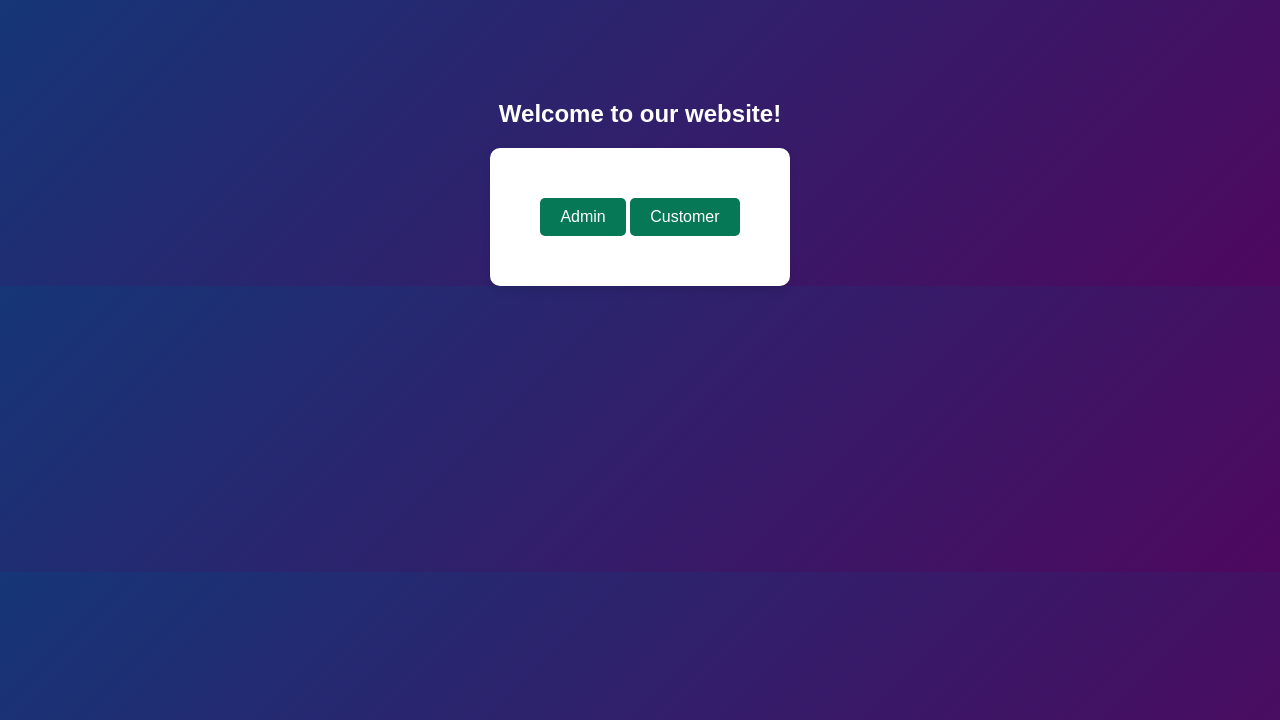
Repository: gauravraj08/bankingSystemJspServlet
Page: http://localhost/BankMangementSystem/
An editor plug-in stored every save of this project. The page is shown before and after the next save, followed by the edit.
The browser window is 1280 px wide. The pictures show the whole page.
The page is served by Tomcat 9. Other server files are loaded and not shown.

Above is the page before, as saved 2024-04-20 20:56:55.

### BankMangementSystem/src/main/webapp/index.jsp
<!DOCTYPE html>
<html>
<head>
    <title>Welcome</title>
    <link rel="stylesheet" type="text/css" href="css/index.css">
</head>
<style>
body {
    font-family: Arial, sans-serif;
    margin: 0;
    padding: 0;
    width: 100%;
    background: linear-gradient(135deg,#153677,#4e085f);

}

.container {
    text-align: center;
    margin-top: 100px;
}

h2 {
    color: #fff;
}

.card-container {
    display: flex;
    justify-content: center;
    margin-top: 20px;
}

.card {
    padding: 50px;
    margin: 0 10px;
    border-radius: 10px;
    background-color: #fff; /* Card background color */
    box-shadow: 0 4px 8px rgba(0, 0, 0, 0.1);
}

button {
    padding: 10px 20px;
    font-size: 16px;
    cursor: pointer;
    border: none;
    border-radius: 5px;
    background-color: #077855;
    color: #fff;
    transition: background-color 0.3s;
    justify-content:space-between;
}

button:hover {
    background-color: #0056b3;
}

</style>
<body>
    <div class="container">
        <h2>Welcome to our website!</h2>
        <div class="card-container">
            <form action="redirect" method="post">
                <div class="card">
                    <button type="submit" name="userType" value="admin">Admin</button>

                    <button type="submit" name="userType" value="customer">Customer</button>
                </div>
            </form>
        </div>
    </div>
</body>
</html>

### BankMangementSystem/src/main/webapp/css/index.css
body {
    font-family: Arial, sans-serif;
    background-color: #f0f0f0; /* Background color */
    margin: 0;
    padding: 0;
}

.container {
    text-align: center;
    margin-top: 100px; /* Adjust as needed */
}

h2 {
    color: #333;
}

.card-container {
    display: flex;
    justify-content: center;
    margin-top: 20px;
}

.card {
    padding: 20px;
    margin: 0 10px;
    border-radius: 10px;
    background-color: #fff; /* Card background color */
    box-shadow: 0 4px 8px rgba(0, 0, 0, 0.1);
}

button {
    padding: 10px 20px;
    font-size: 16px;
    cursor: pointer;
    border: none;
    border-radius: 5px;
    background-color: #007bff;
    color: #fff;
    transition: background-color 0.3s;
}

button:hover {
    background-color: #0056b3;
}

After the next save:
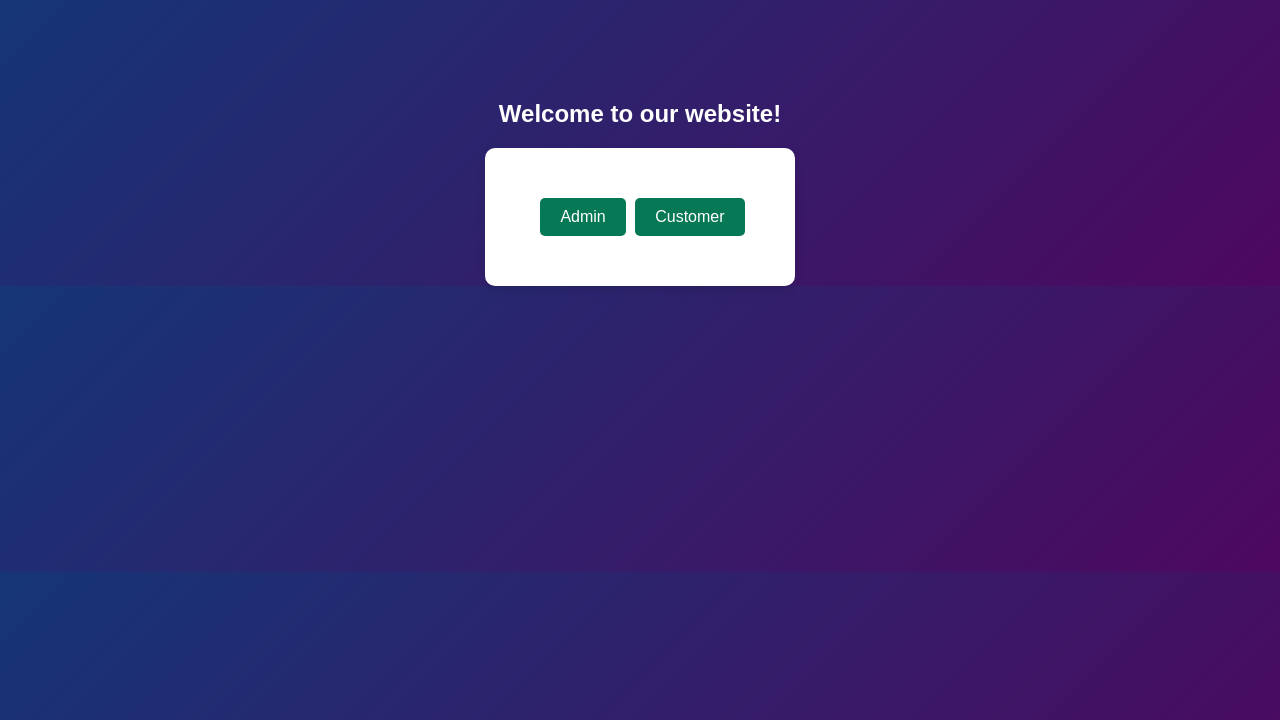
Saved 34 s later.
--- a/BankMangementSystem/src/main/webapp/index.jsp
+++ b/BankMangementSystem/src/main/webapp/index.jsp
@@ -40,6 +40,7 @@ h2 {
 button {
     padding: 10px 20px;
     font-size: 16px;
+    margin-left:5px;
     cursor: pointer;
     border: none;
     border-radius: 5px;
